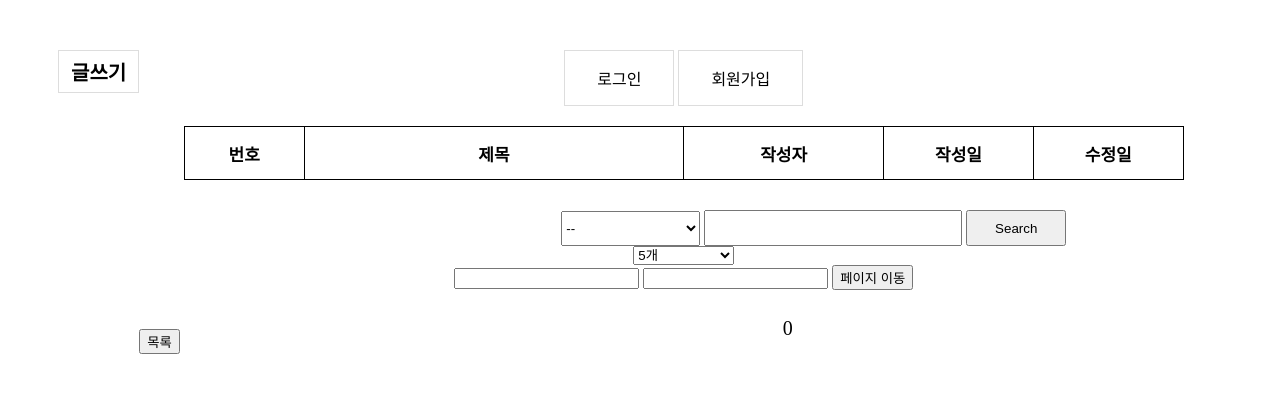
Repository: Shim-YoungDo/gaea-study
Page: http://localhost/study/WEB-INF/views/board/list.jsp
An editor plug-in stored every save of this project. The page is shown before and after the next save, followed by the edit.
The browser window is 1280 px wide. The pictures show the whole page.
The page is served by Tomcat 9. Nobody is signed in. Other server files are loaded and not shown. The template is opened directly, without the code that normally fills it, so the values that code supplies are empty.

Above is the page before, as saved 2021-12-13 07:53:24.

### study/src/main/webapp/WEB-INF/views/board/list.jsp
<%@ page language="java" contentType="text/html; charset=UTF-8"
	pageEncoding="UTF-8"%>
<%@ taglib uri="http://java.sun.com/jsp/jstl/core" prefix="c"%>
<%@ taglib prefix="fmt" uri="http://java.sun.com/jsp/jstl/fmt"%>
<!DOCTYPE html>
<html>
<head>
<meta charset="UTF-8">
<title>Insert title here</title>
<link rel="stylesheet" href="/resources/css/board/list.css">
<script src="https://code.jquery.com/jquery-3.4.1.js"
	integrity="sha256-WpOohJOqMqqyKL9FccASB9O0KwACQJpFTUBLTYOVvVU="
	crossorigin="anonymous"></script>
</head>
<body>
	<div class="table_wrap">
		<a href="/board/registeView" class="enroll_btn">글쓰기</a>
		<button>목록</button>
		<div class="login_area">
		<!-- 로그인 x -->
		<c:if test="${member==null}">
		<div class="login_button"><a href="/member/login">로그인</a></div>
		<span><a href="/member/join">회원가입</a></span>
		</c:if>

		<!-- 로그인 o -->
		<c:if test="${member != null}">
		<div class="login_success_area">
			<span>이름:${member.memberName}</span>
			<span>아이디:${member.memberID}</span>
			<a href="/member/logout">로그아웃</a>
		</div>
		</c:if>

		<table>
			<thead>
				<tr>
					<th class="bno_width">번호</th>
					<th class="title_width">제목</th>
					<th class="writer_width">작성자</th>
					<th class="regdate_width">작성일</th>
					<th class="updatedate_width">수정일</th>
				</tr>
			</thead>
			<c:forEach items="${list}" var="list">
				<tr>
					<td><c:out value="${list.boardNumber}" /></td>
					<td>
						<a class="move" href='<c:out value="${list.boardNumber}"/>'>
							<c:out value="${list.boardTitle}" />
						</a>
					</td>
					<td>
						<c:out value="${list.boardWriter}" />
					</td>
					<td>
						<fmt:formatDate pattern="yyyy/MM/dd"
							value="${list.boardRegistrationDate}" />
					</td>
					<td>
						<fmt:formatDate pattern="yyyy/MM/dd"
							value="${list.boardUpdateDate}" />
					</td>
				</tr>
			</c:forEach>
		</table>

		<div class="search_wrap">
			<div class="search_area">
				<select name="type">
                <option value="" <c:out value="${pageMake.cri.type == null?'selected':'' }"/>>--</option>
                <option value="T" <c:out value="${pageMake.cri.type eq 'T'?'selected':'' }"/>>제목</option>
                <option value="C" <c:out value="${pageMake.cri.type eq 'C'?'selected':'' }"/>>내용</option>
                <option value="W" <c:out value="${pageMake.cri.type eq 'W'?'selected':'' }"/>>작성자</option>
                <option value="TC" <c:out value="${pageMake.cri.type eq 'TC'?'selected':'' }"/>>제목 + 내용</option>
                <option value="TW" <c:out value="${pageMake.cri.type eq 'TW'?'selected':'' }"/>>제목 + 작성자</option>
                <option value="TCW" <c:out value="${pageMake.cri.type eq 'TCW'?'selected':'' }"/>>제목 + 내용 + 작성자</option>
            </select>
				<input type="text" name="keyword" value="${pageMake.cri.keyword}">
				<button>Search</button>
			</div>
		</div>

		<div class="amount_wrap">
			<div class="amount_area">

					<select name="amount" onchange="selectBoxChange(this.value);">
						<option value="" disabled >=== 선택 ===</option>
						<option value=5 <c:out value="${pageMake.cri.amount == 5?'selected':''}"/>>5개</option>
    					<option value=10 <c:out value="${pageMake.cri.amount == 10?'selected':''}"/>>10개</option>
    					<option value=20 <c:out value="${pageMake.cri.amount == 20?'selected':''}"/>>20개</option>
    					<option value=25 <c:out value="${pageMake.cri.amount == 25?'selected':''}"/>>25개</option>

					</select>

			</div>
		</div>


		<div class="page_select_wrap">
			<div class="page_select_area">
				<input type = "text" pattern="\d" name="pageSelect"<c:out value="${pageMake.cri.pageNum}"/>>
				<input name = "totalPage" readonly="readonly" value = '<c:out value="${pageMake.realEnd}"/>'>
				<button>페이지 이동</button>
			</div>
		</div>

		<div class="pageInfo_wrap">
			<div class="pageInfo_area">
				<ul id="pageInfo" class="pageInfo">

					<!-- 이전페이지 버튼 -->
					<c:if test="${pageMake.prev}">
						<li class="pageInfo_btn previous"><a href="${pageMake.startPage-1}">이전</a></li>
					</c:if>

					<!-- 각 번호 페이지 버튼 -->
					<c:forEach var="num" begin="${pageMake.startPage}" end="${pageMake.endPage}">
						<li class="pageInfo_btn ${pageMake.cri.pageNum == num ? "active":"" }"><a href="${num}">${num}</a></li>
					</c:forEach>

					<!--
					<form id="pageForm" method="post">
					<select name="amount" id="amount" onchange="selectBoxChange(this.value);">
						<option value="none">=== 선택 ===</option>
						<option value="5">5개</option>
    					<option value="10">10개</option>
    					<option value="20">20개</option>
					</select>
					</form>
					-->

					<!-- 다음페이지 버튼 -->
					<c:if test="${pageMake.next}">
						<li class="pageInfo_btn next"><a href="${pageMake.endPage+1}">다음</a></li>
					</c:if>
				</ul>
			</div>
		</div>

		<form id="moveForm" method="get">
			<input type="hidden" name="pageNum" value="${pageMake.cri.pageNum}">
			<input type="hidden" name="amount" value="${pageMake.cri.amount}">
			<input type="hidden" name="keyword" value="${pageMake.cri.keyword}">
			<input type="hidden" name="type" value="${pageMake.cri.type}">

		</form>
	</div>
</div>

	<script>
		let moveForm = $("#moveForm");
		let pageForm = $("#pageForm");

		$(".move").on("click", function(e) {
			e.preventDefault();
			moveForm.append("<input type='hidden' name='boardNumber' value='"
					+ $(this).attr("href") + "'>"); //<form>내부 boardNumber값을 저장하는 <input>태그 생성
			moveForm.attr("action", "/board/getPage");
			moveForm.submit();
				});

		$(".pageInfo a").on("click", function(e){
			e.preventDefault();
			moveForm.find("input[name='pageNum']").val($(this).attr("href")); //<form>내부 pageNum과 관련된 <input>태그의 value 속성값에 클릭한<a>태그 페이지 번호 삽입
			moveForm.attr("action", "/board/list");
			moveForm.submit();
		});

		/*
		var selectBoxChange = function(value){
			console.log("결과:" +value);
			$.ajax({
				type:"post",
				url:"/board/pageAmount",
				data: "pageAmount=" +value,
				success : function(data){
					alert("성공", +data);
					console.log(data);
				}
			});
		}*/

		/*
		$("#pageForm").change(function(){
			var pageAmount = value;

			$.ajax({
				type:"post",
				url:"/board/pageAmount",
				data: "pageAmount=" +pageAmount,
				success : function(data){
					alert("성공", +data);
					console.log(data);
				}
			});

		});*/


		//검색기능
		$(".search_area button").on("click", function(e){
			e.preventDefault();

			let type = $(".search_area select").val();
			let keyword = $(".search_area input[name='keyword']").val();

			if(!type){
				alert("검색 종류를 선택하세요");
				return false;
			}
			if(!keyword){
				alert("키워드를 입력하세요");
				return false;
			}

			//let val = $("input[name='keyword']").val();
			moveForm.find("input[name='type']").val(type);
			moveForm.find("input[name='keyword']").val(keyword);
			moveForm.find("input[name='pageNum']").val(1);
			moveForm.submit();
		});

		/*
		$("#pageForm").change(function(){
			var pageAmount = value;
			let amount = $(".amount_area select").val();

			pageForm.find("input[name]='amount'").val(amount);
			pageForm.submit();
		});*/

		//화면에 출력될 총 게시글 수 선택
		var selectBoxChange = function(value){

			let amount = $(".amount_area select").val();

			//pageForm.find("input[name]='amount'").val(amount);
			//pageForm.submit();
			moveForm.find("input[name='amount']").val(amount);
			moveForm.find("input[name='pageNum']").val(1);
			moveForm.submit();

			console.log("결과:" +value);
			//alert("성공", +data);
		}

		//선택 페이지 이동
		$(".page_select_area button").on("click",function(){

			let pageNum = $(".page_select_area [name='pageSelect']").val();

			moveForm.find("input[name='pageNum']").val(pageNum);
			moveForm.attr("action", "/board/list");
			moveForm.submit();
		});




		/*
		$(".page_count_area button").on("click"function(){
			let pageCount = $(".page_count_area [name='pageCount']").val();
			moveForm.find("input[name='pageCount']").val(pageCount);
			moveForm.attr("action", "/board/list");
			moveForm.submit();
		});
		*/
	</script>

</body>
</html>

### study/src/main/webapp/resources/css/board/list.css
@charset "UTF-8";
a{
  	text-decoration : none;
  }
  table{
 	border-collapse: collapse;
 	width: 1000px;
 	margin-top : 20px;
 	text-align: center;
  }
  td, th{
  	border : 1px solid black;
  	height: 50px;
  }
  th{
  	font-size : 17px;
  }
  thead{
  	font-weight: 700;
  }
  .table_wrap{
  	margin : 50px 0 0 50px;
  }
  .bno_width{
  	width: 12%;
  }
  .writer_width{
  	width: 20%;
  }
  .regdate_width{
  	width: 15%;
  }
  .updatedate_width{
  	width: 15%;
  }
  .enroll_btn{
    float:left;
  	font-size: 20px;
    padding: 6px 12px;
    background-color: #fff;
    border: 1px solid #ddd;
    font-weight: 600;
  }
  .list_btn{
  	float:center;
  	font-size: 20px;
    padding: 6px 12px;
    background-color: #fff;
    border: 1px solid #ddd;
    font-weight: 600;
  }

  .pageInfo{
      list-style : none;
      display: inline-block;
    margin: 20px 0 0 150px;
  }
  .pageInfo li{
      float: left;
    font-size: 20px;
    margin-left: 18px;
    padding: 7px;
    font-weight: 500;
  }
  .login_area{
	height:30%;
	display:inline-block;
	text-align:center;
}
  .login_button{
  	background-color: #ffffff; /* Green */
    border: 1px solid #ddd;
    color: white;
    padding: 15px 32px;
    text-align: center;
    text-decoration: none;
    display: inline-block;
    font-size: 16px;
  }
  .login_area>span{
	background-color: #ffffff; /* Green */
    border: 1px solid #ddd;
    color: white;
    padding: 15px 32px;
    text-align: center;
    text-decoration: none;
    display: inline-block;
    font-size: 16px;
}

/*로그인 성공 영역*/
.login_success_area{
	width:25%;
	height:30%;
	border:2px solid #7474ad;
	border-radius:15px;
	margin:5% auto;
}
.login_success_area>span{
	display:block;
	text-align:left;
	margin-left:10px
}
.login_success_area>a{
    font-size: 15px;
    font-weight: 900;
    display: inline-block;
    margin-top: 5px;
    background: #e1e5e8;
    width: 82px;
    height: 22px;
    line-height: 22px;
    border-radius: 25px;
    color: #606267;
}

.search_area{
    display: inline-block;
    margin-top: 30px;
    margin-left: 260px;
  }
  .search_area input{
      height: 30px;
    width: 250px;
  }
  .search_area button{
     width: 100px;
    height: 36px;
  }

  .search_area select{
  	height:35px;
  }


 a:link {color:black; text-decoration: none;}
 a:visited {color:black; text-decoration: none;}
 a:hover {color:blue; text-decoration: underline;}
 .active{
 	text-decoration:underline;
 }

After the next save:
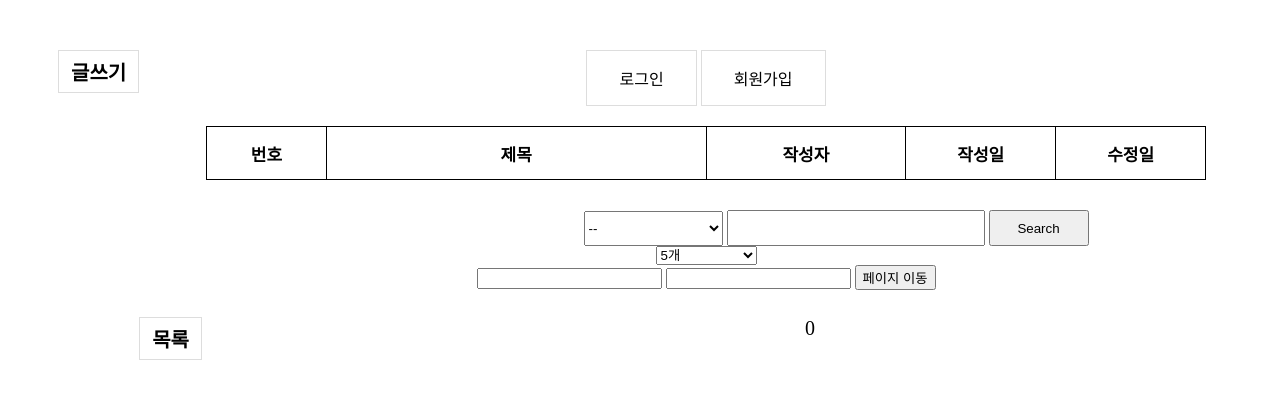
Saved 21 s later.
--- a/study/src/main/webapp/WEB-INF/views/board/list.jsp
+++ b/study/src/main/webapp/WEB-INF/views/board/list.jsp
@@ -15,7 +15,7 @@
 <body>
 	<div class="table_wrap">
 		<a href="/board/registeView" class="enroll_btn">글쓰기</a>
-		<button>목록</button>
+		<button class="list_btn">목록</button>
 		<div class="login_area">
 		<!-- 로그인 x -->
 		<c:if test="${member==null}">
